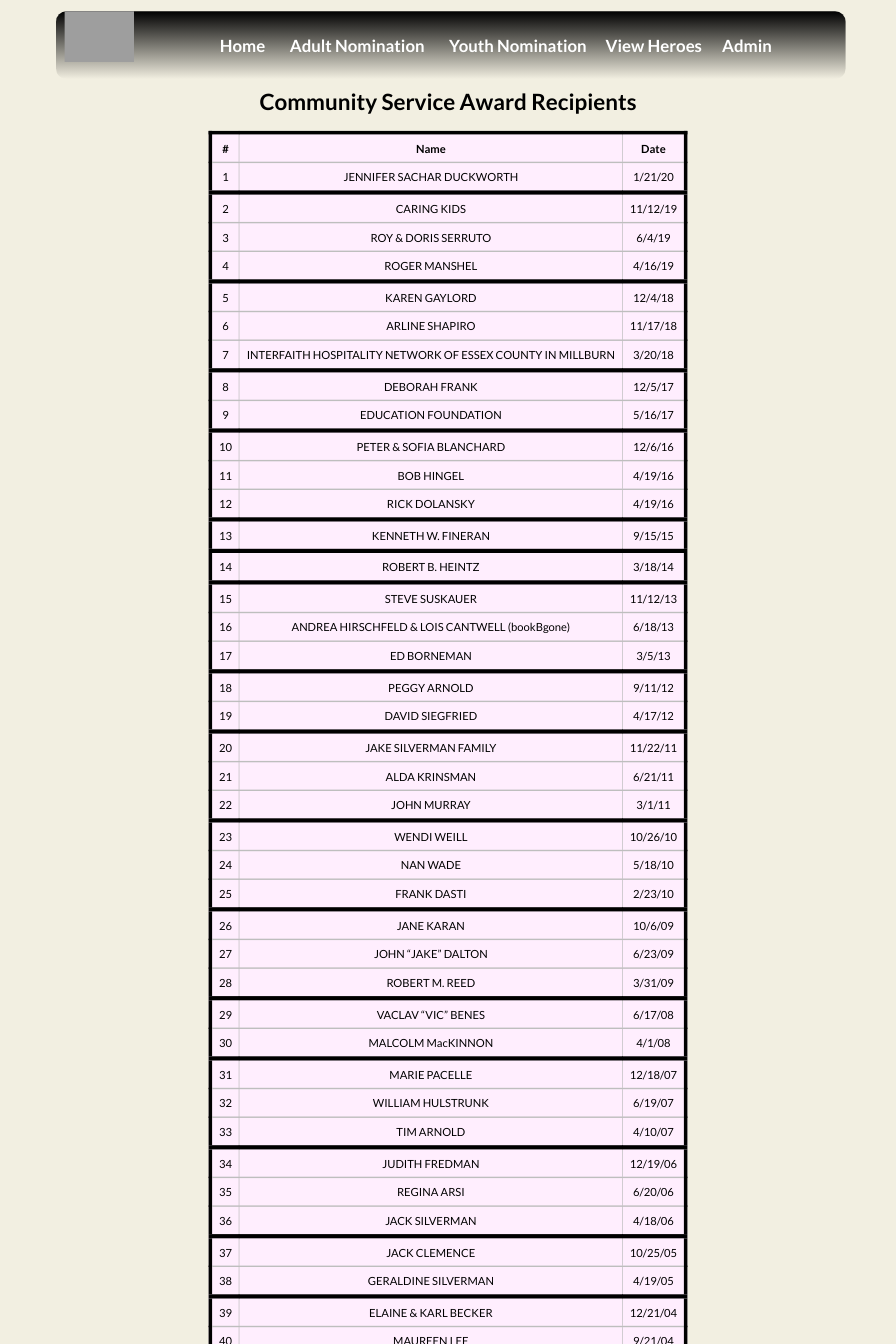
Repository: Centrattic/CSAC
Page: http://localhost/Frontend/before2020.php
These files come from the project's save history. The page is drawn as it stood at one moment and after a run of saves; the edit follows.
The browser window is 1280 px wide. The pictures show the part of the page from y = 0 to 1920 px (the page is 3839 px tall), at 70% of full size.
Pictures or frames that could not be fetched are drawn as grey boxes. The page is run by PHP 8.4 with error messages shown; the project is at /var/www/html/.

Above is the page before, as saved 2020-12-23 11:07:17.

### Frontend/before2020.php
<?php
require '../Backend/functions.php';
session_start();
?>

<html>
  <head>
    <link href="https://fonts.googleapis.com/css2?family=Lato:ital,wght@0,400;0,700;1,300;1,400&display=swap" rel="stylesheet">

    <link rel = "stylesheet" href = "../CSS/navbar.css">
  </head>

  <body>

    <?php
        navbar();
    ?>

    <h1> Community Service Award Recipients</h1> <!-- Most recent first!!! -->
    <br>

    <style>
        h1 {
            font-size: 2em;
        }

        #before2020-table {
            margin: 0 auto;
            border: 5px solid black;
            border-radius: 0px;
            background-color: #FFEEFE;
            width: 60%;
        }

        th,td {
            padding: 10px;
        }

        /*td:nth-child(1) {
            border-right: 2px solid black;
            border-radius: 0px;
            padding-bottom: 0px;
            margin-bottom: 0px;
        }*/

        tr {
            border: 2px solid #BEBEBE;
        }

        .last-of-year {
            border-bottom: 6px solid black;
        }

    </style>

    <table id = "before2020-table" rules = "all">
        <tr>
            <th> # </th>
            <th> Name </th>
            <th> Date </th>
        </tr>
        <!-- Most to least recent-->


        <tr class = "last-of-year">
            <td> 1 </td>
            <td> JENNIFER SACHAR DUCKWORTH </td>
            <td> 1/21/20 </td>
        </tr>

		<tr>
            <td> 2 </td>
            <td> CARING KIDS </td>
            <td> 11/12/19 </td>
        </tr>

		<tr>
            <td> 3 </td>
            <td> ROY & DORIS SERRUTO </td>
            <td> 6/4/19 </td>
        </tr>

		<tr class = "last-of-year">
            <td> 4 </td>
            <td> ROGER MANSHEL</td>
            <td> 4/16/19 </td>
        </tr>

		<tr>
            <td> 5 </td>
            <td> KAREN GAYLORD </td>
            <td> 12/4/18 </td>
        </tr>

		<tr>
            <td> 6 </td>
            <td> ARLINE SHAPIRO</td>
            <td> 11/17/18 </td>
        </tr>

		<tr class = "last-of-year">
            <td> 7 </td>
            <td> INTERFAITH HOSPITALITY NETWORK OF ESSEX COUNTY IN MILLBURN </td>
            <td> 3/20/18 </td>
        </tr>

		<tr>
            <td> 8 </td>
            <td> DEBORAH FRANK </td>
            <td> 12/5/17 </td>
        </tr>

		<tr class = "last-of-year">
            <td> 9 </td>
            <td> EDUCATION FOUNDATION </td>
            <td> 5/16/17 </td>
        </tr>
		<tr>
            <td> 10 </td>
            <td> PETER & SOFIA BLANCHARD </td>
            <td> 12/6/16 </td>
        </tr>

		<tr>
            <td> 11 </td>
            <td> BOB HINGEL </td>
            <td> 4/19/16 </td>
        </tr>

		<tr class = "last-of-year">
            <td> 12 </td>
            <td> RICK DOLANSKY </td>
            <td> 4/19/16 </td>
        </tr>

		<tr class = "last-of-year">
            <td> 13 </td>
            <td> KENNETH W. FINERAN </td>
            <td> 9/15/15 </td>
        </tr>

		<tr class = "last-of-year">
            <td> 14 </td>
            <td> ROBERT B. HEINTZ </td>
            <td> 3/18/14 </td>
        </tr>

		<tr>
            <td> 15 </td>
            <td> STEVE SUSKAUER </td>
            <td> 11/12/13 </td>
        </tr>

		<tr>
            <td> 16 </td>
            <td> ANDREA HIRSCHFELD & LOIS CANTWELL (bookBgone) </td>
            <td> 6/18/13 </td>
        </tr>

		<tr class = "last-of-year">
            <td> 17 </td>
            <td> ED BORNEMAN </td>
            <td> 3/5/13 </td>
        </tr>

		<tr>
            <td> 18 </td>
            <td> PEGGY ARNOLD </td>
            <td> 9/11/12 </td>
        </tr>

		<tr class = "last-of-year">
            <td> 19 </td>
            <td> DAVID SIEGFRIED </td>
            <td> 4/17/12 </td>
        </tr>

		<tr>
            <td> 20 </td>
            <td> JAKE SILVERMAN FAMILY </td>
            <td> 11/22/11 </td>
        </tr>

		<tr>
            <td> 21 </td>
            <td> ALDA KRINSMAN </td>
            <td> 6/21/11 </td>
        </tr>

		<tr class = "last-of-year">
            <td> 22 </td>
            <td> JOHN MURRAY </td>
            <td> 3/1/11 </td>
        </tr>

		<tr>
            <td> 23 </td>
            <td> WENDI WEILL </td>
            <td> 10/26/10 </td>
        </tr>

		<tr>
            <td> 24 </td>
            <td> NAN WADE </td>
            <td> 5/18/10 </td>
        </tr>

        <tr class = "last-of-year">
            <td> 25 </td>
            <td> FRANK DASTI </td>
            <td> 2/23/10 </td>
        </tr>

        <tr>
            <td> 26 </td>
            <td> JANE KARAN </td>
            <td> 10/6/09 </td>
        </tr>

        <tr>
            <td> 27 </td>
            <td> JOHN “JAKE” DALTON </td>
            <td> 6/23/09 </td>
        </tr>

        <tr class = "last-of-year">
            <td> 28 </td>
            <td> ROBERT M. REED </td>
            <td> 3/31/09 </td>
        </tr>

        <tr>
            <td> 29 </td>
            <td> VACLAV “VIC” BENES </td>
            <td> 6/17/08 </td>
        </tr>

		<tr class = "last-of-year">
            <td> 30 </td>
            <td> MALCOLM MacKINNON </td>
            <td> 4/1/08 </td>
        </tr>

		<tr>
            <td> 31 </td>
            <td> MARIE PACELLE </td>
            <td> 12/18/07 </td>
        </tr>

		<tr>
            <td> 32 </td>
            <td> WILLIAM HULSTRUNK </td>
            <td> 6/19/07 </td>
        </tr>

		<tr class = "last-of-year">
            <td> 33 </td>
            <td> TIM ARNOLD </td>
            <td> 4/10/07 </td>
        </tr>

		<tr>
            <td> 34 </td>
            <td> JUDITH FREDMAN </td>
            <td> 12/19/06 </td>
        </tr>

		<tr>
            <td> 35 </td>
            <td> REGINA ARSI </td>
            <td> 6/20/06 </td>
        </tr>

		<tr class = "last-of-year">
            <td> 36 </td>
            <td> JACK SILVERMAN </td>
            <td> 4/18/06 </td>
        </tr>

        <tr>
            <td> 37 </td>
            <td> JACK CLEMENCE </td>
            <td> 10/25/05 </td>
        </tr>

        <tr class = "last-of-year">
            <td> 38 </td>
            <td> GERALDINE SILVERMAN </td>
            <td> 4/19/05 </td>
        </tr>

        <tr>
            <td> 39 </td>
            <td> ELAINE & KARL BECKER </td>
            <td> 12/21/04 </td>
        </tr>

		<tr>
            <td> 40 </td>
            <td> MAUREEN LEE </td>
            <td> 9/21/04 </td>
        </tr>

		<tr>
            <td> 41 </td>
            <td> ANNE V. SMITH </td>
            <td> 6/15/04 </td>
        </tr>

		<tr class = "last-of-year">
            <td> 42 </td>
            <td> W. OWEN LAMPE </td>
            <td> 4/8/04 </td>
        </tr>

		<tr>
            <td> 43 </td>
            <td> EVA GOTTSCHO </td>
            <td> 12/2/03 </td>
        </tr>

		<tr class = "last-of-year">
            <td> 44 </td>
            <td> WILLIAM E. JUDES </td>
            <td> 6/10/03 </td>
        </tr>

		<tr>
            <td> 45 </td>
            <td> DELIA WALBRIDGE </td>
            <td> 12/3/02 </td>
        </tr>

		<tr>
            <td> 46 </td>
            <td> SHARON & AVI BRENDER </td>
            <td> 9/10/02 </td>
        </tr>

		<tr class = "last-of-year">
            <td> 47 </td>
            <td> ANGELO Del ROSSI </td>
            <td> 6/11/02 </td>
        </tr>

		<tr>
            <td> 48 </td>
            <td> LOUISE GILI </td>
            <td> 11/20/01 </td>
        </tr>

		<tr>
            <td> 49 </td>
            <td> THOMAS J. EAKLEY </td>
            <td> 8/21/01 </td>
        </tr>

		<tr class = "last-of-year">
            <td> 50 </td>
            <td> SHERMAN T. BREWER, JR. </td>
            <td> 3/20/01 </td>
        </tr>

		<tr>
            <td> 51 </td>
            <td> MARK GUTERMAN </td>
            <td> 12/5/00 </td>
        </tr>

		<tr>
            <td> 52 </td>
            <td> ELEANOR T. McGLAUGHLIN </td>
            <td> 9/19/00 </td>
        </tr>

		<tr>
            <td> 53 </td>
            <td> JOAN DAESCHLER </td>
            <td> 6/13/00 </td>
        </tr>

		<tr class = "last-of-year">
            <td> 54 </td>
            <td> WALTER JEFFREY, JR. </td>
            <td> 4/18/00 </td>
        </tr>

		<tr>
            <td> 55 </td>
            <td> DR. PAUL KEARNEY </td>
            <td> 11/9/99 </td>
        </tr>

		<tr class = "last-of-year">
            <td> 56 </td>
            <td> LEIGH GIFFORD </td>
            <td> 4/13/99 </td>
        </tr>

		<tr>
            <td> 57 </td>
            <td> LYNNE RANIERI </td>
            <td> 12/15/98 </td>
        </tr>

		<tr>
            <td> 58 </td>
            <td> ELAINE BIRNHOLZ </td>
            <td> 10/20/98 </td>
        </tr>

		<tr>
            <td> 59 </td>
            <td> NANCY GOAT </td>
            <td> 6/9/98 </td>
        </tr>

		<tr class = "last-of-year">
            <td> 60 </td>
            <td> JAMES LAURIE </td>
            <td> 3/17/98 </td>
        </tr>

		<tr>
            <td> 61 </td>
            <td> JOAN BORNEMAN </td>
            <td> 12/16/97 </td>
        </tr>

		<tr>
            <td> 62 </td>
            <td> PHYLLIS KINGSBURY </td>
            <td> 10/7/97 </td>
        </tr>

		<tr>
            <td> 63 </td>
            <td> LINDSEY REBECCA HUSTON </td>
            <td> 6/24/97 </td>
        </tr>

		<tr class = "last-of-year">
            <td> 64 </td>
            <td> ALFRED H. CONNELLEE </td>
            <td> 4/19/97 </td>
        </tr>

		<tr>
            <td> 65 </td>
            <td> HARRIET LOWENGRUB </td>
            <td> 12/3/96 </td>
        </tr>

		<tr>
            <td> 66 </td>
            <td> JOHN S. WARE </td>
            <td> 6/25/96 </td>
        </tr>

        <tr class = "last-of-year">
            <td> 67 </td>
            <td> SUSANNAH J. LIKINS </td>
            <td> 3/19/96 </td>
        </tr>

        <tr>
            <td> 68 </td>
            <td> IRIS STOLOFF </td>
            <td> 12/5/95 </td>
        </tr>

        <tr>
            <td> 69 </td>
            <td> DOUGLAS REED </td>
            <td> 9/5/95 </td>
        </tr>

		<tr>
            <td> 70 </td>
            <td> CHARLES T. & DOROTHY KING </td>
            <td> 6/27/95 </td>
        </tr>

		<tr class = "last-of-year">
            <td> 71 </td>
            <td> ROBERT E. MARSHALL </td>
            <td> 3/21/95 </td>
        </tr>

        <tr>
            <td> 72 </td>
            <td> LOUIS J. KURTZ </td>
            <td> 2/6/94 </td>
        </tr>

		<tr>
            <td> 73 </td>
            <td> LEZETTE PROUD </td>
            <td> 9/13/94 </td>
        </tr>

		<tr class = "last-of-year">
            <td> 74 </td>
            <td> LAUREN HUSTON </td>
            <td> 6/14/94 </td>
        </tr>

		<tr>
            <td> 75 </td>
            <td> DONALD L. CAMPBELL </td>
            <td> 7/6/93 </td>
        </tr>

		<tr class = "last-of-year">
            <td> 76 </td>
            <td> MAUREEN S. SILVER </td>
            <td> 4/27/93 </td>
        </tr>

        <tr>
            <td> 77 </td>
            <td> STEPHEN LEIT </td>
            <td> 6/16/92 </td>
        </tr>

        <tr>
            <td> 78 </td>
            <td> MURIEL SCHWARTZSTEIN </td>
            <td> 5/5/92 </td>
        </tr>

        <tr class = "last-of-year">
            <td> 79 </td>
            <td> EVELYN ORTNER </td>
            <td> 3/3/92 </td>
        </tr>

        <tr>
            <td> 80 </td>
            <td> LINDA McDONOUGH </td>
            <td> 12/17/91 </td>
        </tr>

        <tr>
            <td> 81 </td>
            <td> ALFRED T. PEDECINE </td>
            <td> 9/3/91 </td>
        </tr>

        <tr>
            <td> 82 </td>
            <td> EDITH CONNELLEE </td>
            <td> 8/16/91 </td>
        </tr>

        <tr>
            <td> 83 </td>
            <td> LORI FRIEDMAN </td>
            <td> 6/11/91 </td>
        </tr>

        <tr>
            <td> 84 </td>
            <td> WILLIAM CONROE </td>
            <td> 5/21/91 </td>
        </tr>

        <tr>
            <td> 87 </td>
            <td> ELIZABETH NAUGHTON </td>
            <td> 5/5/91 </td>
        </tr>

    </table>



</body>
</html>

### CSS/navbar.css
* {
    text-align: center;
    padding: 2px;
    margin: 2px;
    font-family: 'Lato', sans-serif;
    font-size: 1em;
}

body {
    background-color: #F2EFE1;
}

#logo {
    display: inline-flex;
    align-items: flex-end;
    justify-content: center;
    width: 10%;
    float: left;
    height: 10%;
 }

#logo img {
  width: 100px;
  height: 100px;
}


.menu-area li{
    display: inline;
    color: white;
    font-weight: bold;
    font-size: 1.5em;
    padding-bottom: 10px;
}

.menu-area .non-dropdown a{
    display: inline-block;
    padding: 30px 10px;
    color: white;
    box-sizing: border-box;

}

.menu-area a {
    text-decoration: none;
    color: white;
}

.menu-area .nav-dropdown .dropdown-content li a{
    display: inline-block;
    text-align: center;
    padding: 14px 16px;
    text-decoration: none;
}

.menu-area {
    width: 100%;
    background-image: linear-gradient(black, #F2EFE1);
    overflow: hidden;
    border-radius: 15px;
}

.menu-area .non-dropdown:hover{
    border-radius: 0px;
    border-bottom: 10px solid aliceblue;
}

.menu-area li a {
    box-sizing: border-box;
}

.nav-dropbtn {
    text-decoration: none;
    color: white;
}

/*FIX THIS LATER*/


#logout {
    all: unset;
}

body {
    margin: 0 5%;
}

/* ------------------*/



li.nav-dropdown {
    display: inline-block;
}

.dropdown-content {
    display: none;
    position: absolute;
    background-color: #f9f9f9;
    min-width: 150px;
    box-shadow: 0px 8px 16px 0px rgba(0,0,0,0.2);
    z-index: 1;

}

.dropdown-content a {
    color: black;
    padding: 12px 16px;
    text-decoration: none;
    display: block;
    font-size: .9em;
    text-align: left;
}


.dropdown-content a:hover {
    background-color: #f1f1f1;
}


.nav-dropdown:hover .dropdown-content {
    display: block;
    border-radius: 0px;
}


/* Footer*/



.site-footer {
    background-color: #E2DECC;
      text-align: center;
      margin: 10px 0;
      padding: 10px 0;
  }

  #social-wrapper {
      text-align: center;
  }

  /*Social Media Icons*/
  .social-wrapper {
      text-align: center;
  }

  .social-wrapper ul li {
      display: inline;
      margin: 0 5px;
  }

  .twitter-icon,
  .facebook-icon,
  .instagram-icon,
  .linkedin-icon,
  .googleplus-icon,
  .youtube-icon,
  .foursquare-icon{
      margin-top: .625em;
      width: 40px;
      height: 40px;
      opacity: .6;
      filter: alpha(opacity=60); /* For IE8 and earlier */
    border-radius: 25px;
  }

  .twitter-icon:hover,
  .facebook-icon:hover,
  .instagram-icon:hover,
  .linkedin-icon:hover,
  .googleplus-icon:hover,
  .youtube-icon:hover,
  .foursquare-icon:hover {
      opacity: 1.0;
      filter: alpha(opacity=100); /* For IE8 and earlier */
  }

  .footer-nav p {
      text-align: center;
  }

Loaded but not shown: Backend/functions.php (846 lines, source omitted)

After the next 2 saves:
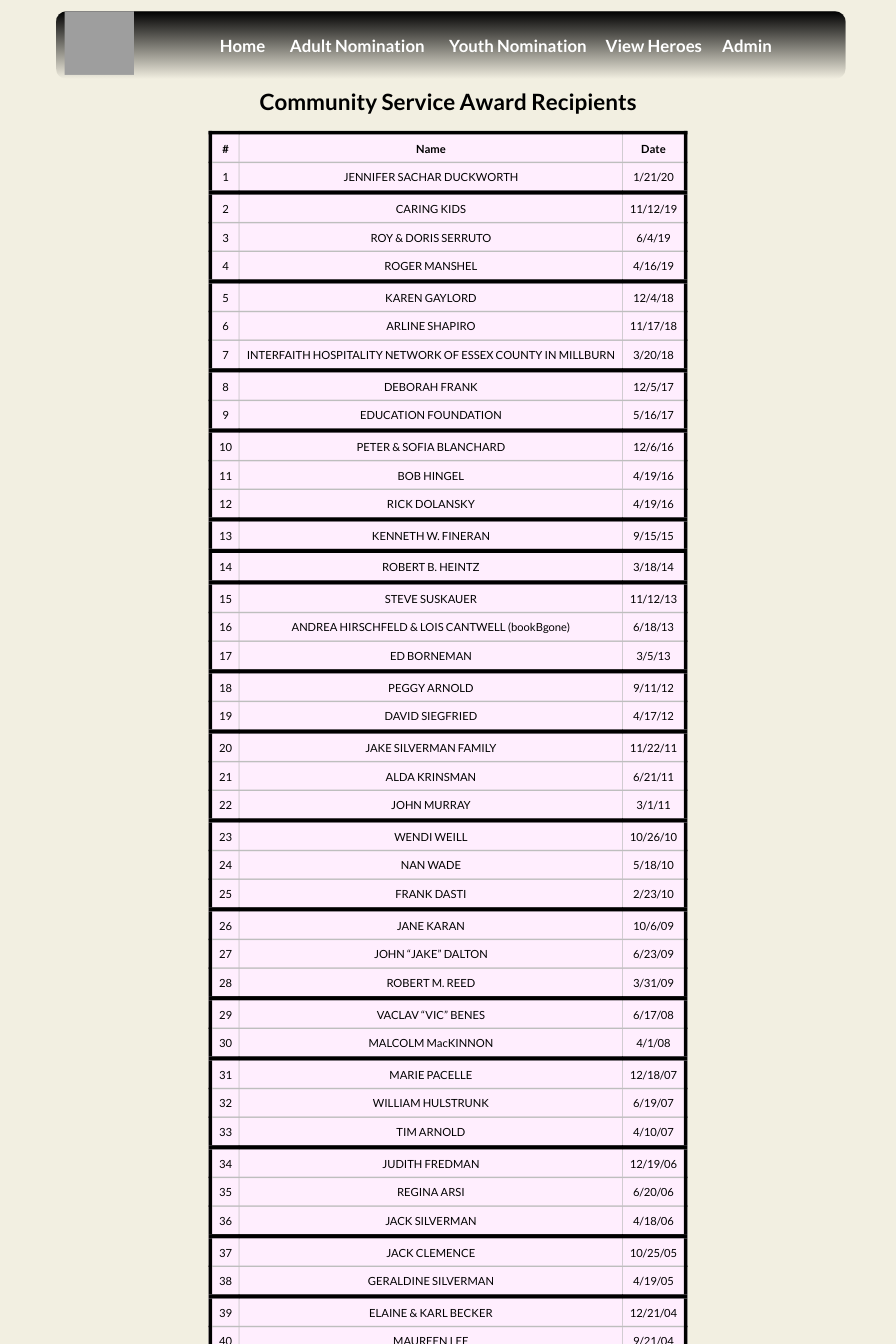
The 2 saves are shown as one change because they came seconds apart.
The last was saved 9 s later.
--- a/CSS/navbar.css
+++ b/CSS/navbar.css
@@ -12,7 +12,7 @@ body {
 
 #logo {
     display: inline-flex;
-    align-items: flex-end;
+    align-items: center;
     justify-content: center;
     width: 10%;
     float: left;
